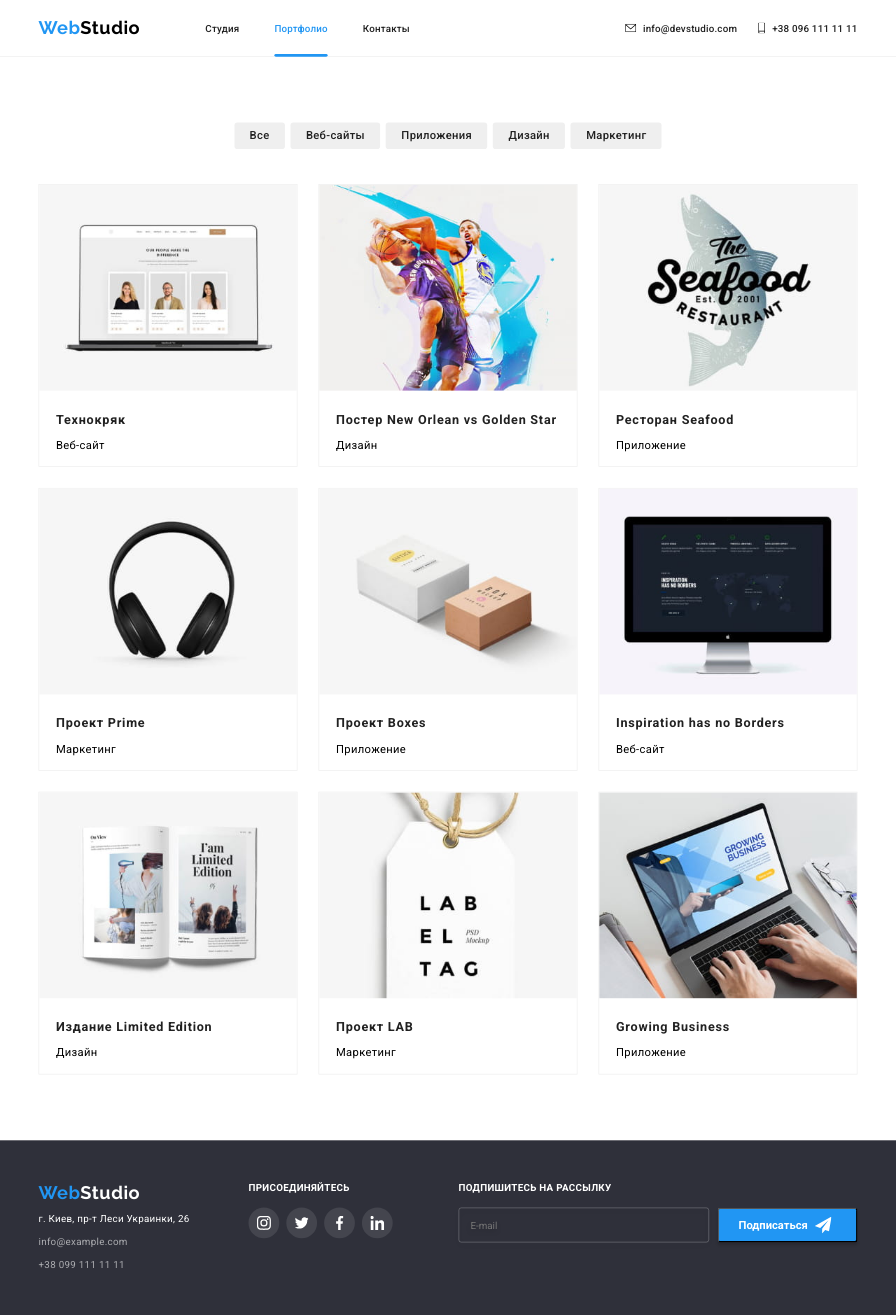
Repository: UliyaKucherernko/home-work-8
Page: porfolio.html
The author's editor kept a copy of each file at every save. The page is drawn from the files as they stood at one save, then again after the next save.
The browser window is 1280 px wide. The pictures show the whole page, at 70% of full size.
Some web libraries are served in a nearby version. The style sheet was rebuilt from its Sass, Less or Tailwind sources for each picture, by a compiler version that may differ from the author's.

Above is the page before, as saved 2021-05-06 00:40:00.

After the next save:
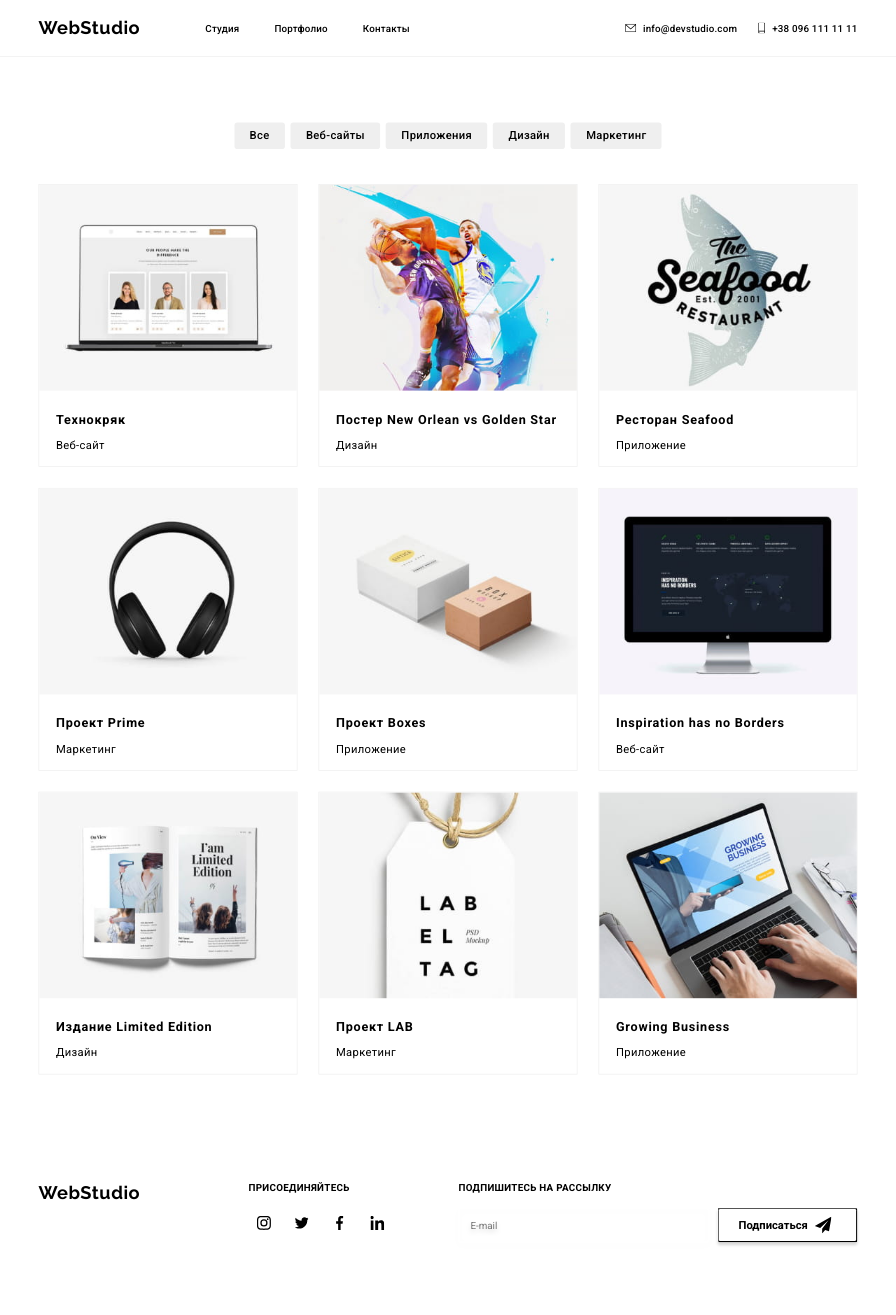
Saved 2 min 33 s later.
--- a/sass/utils/_variables.scss
+++ b/sass/utils/_variables.scss
@@ -1,10 +1,10 @@
 :root {
   $colorMainText: #757575;
-  --accent-color: #2196f3;
-  --title-color: #212121;
-  --dark-bg-color: #2f303a;
-  --content-color: #ffffff;
-  --team-color: #f5f4fa;
-  --social-color: #afb1b8;
+  $colorAccent: #2196f3;
+  $colorTitle: #212121;
+  $colorDarkBg: #2f303a;
+  $colorContent: #ffffff;
+  $colorTeam: #f5f4fa;
+  $colorSocial: #afb1b8;
   --grid-item: 1;
 }
